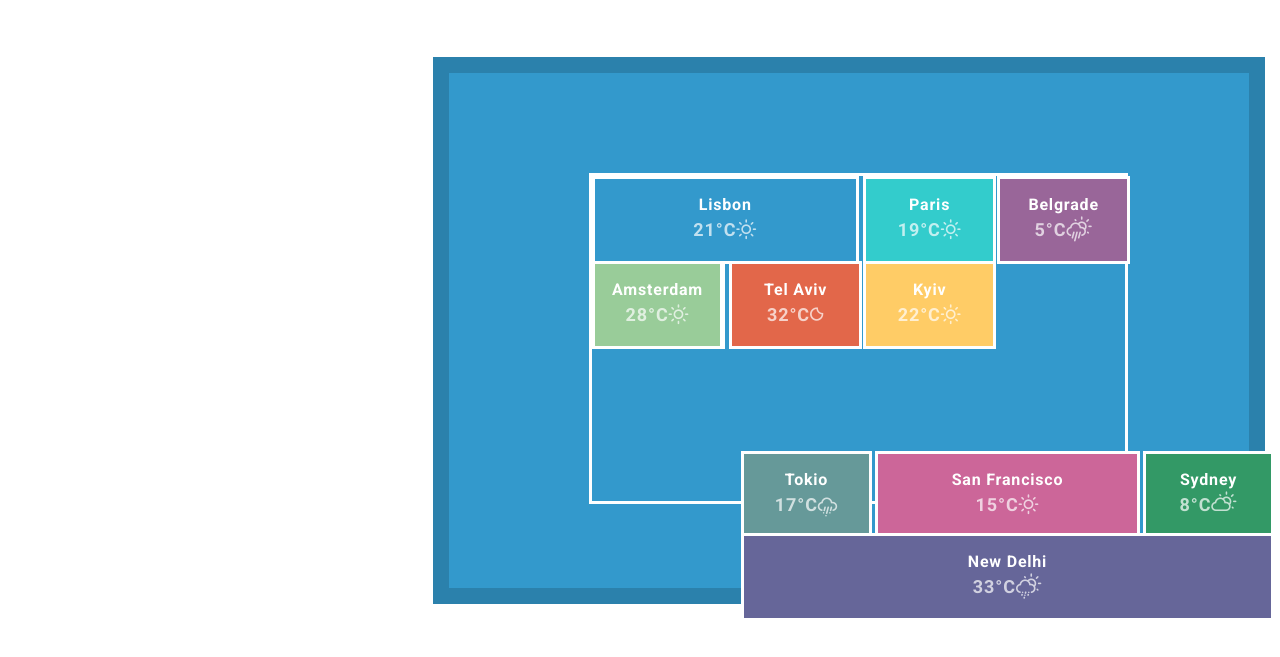
Repository: shpakovskaya/github.io
Page: boxsizing/weatherforecast/index.html
The author's editor kept a copy of each file at every save. The page is drawn from the files as they stood at one save, then again after the next save.
The browser window is 1280 px wide. The pictures show the whole page.

Above is the page before, as saved 2021-11-29 20:20:36.

After the next save:
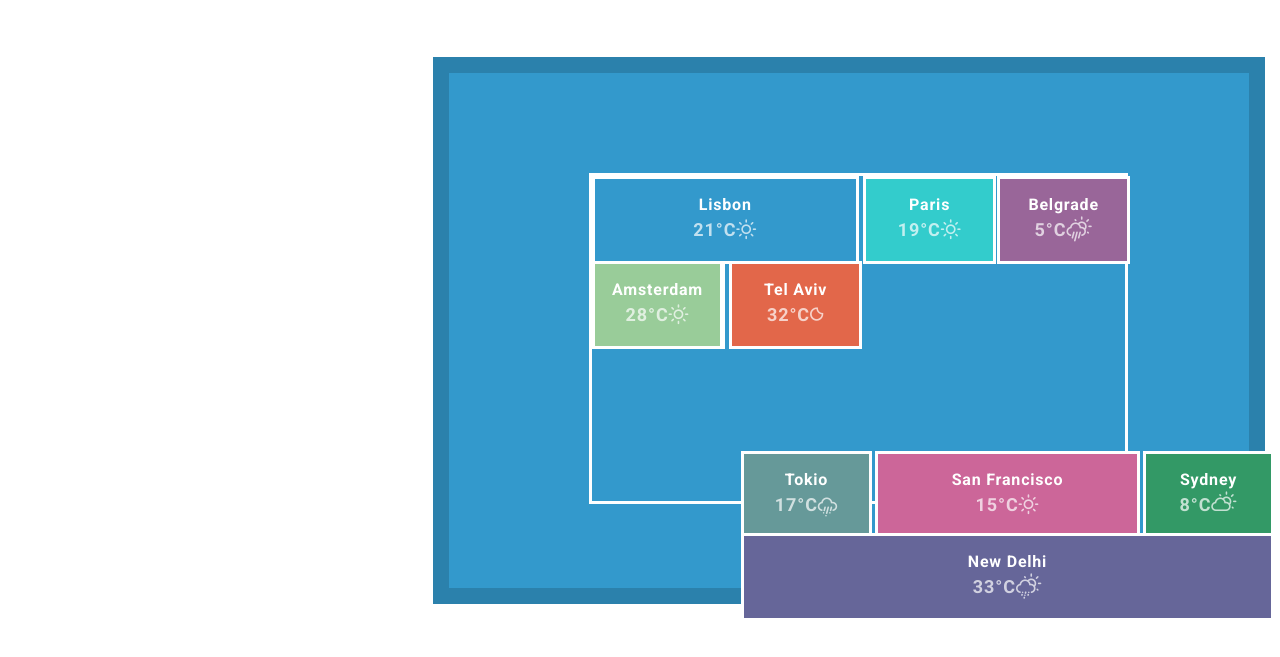
Saved 16 s later.
--- a/boxsizing/weatherforecast/style.css
+++ b/boxsizing/weatherforecast/style.css
@@ -133,7 +133,7 @@ span {
   position: absolute;
   width: 25%;
   /* height: 79px; */
-  left: 271px;
+  /* left: 271px; */
   top: 85px;
   background: #ffcc66;
   border: 3px solid #ffffff;

After the save that followed:
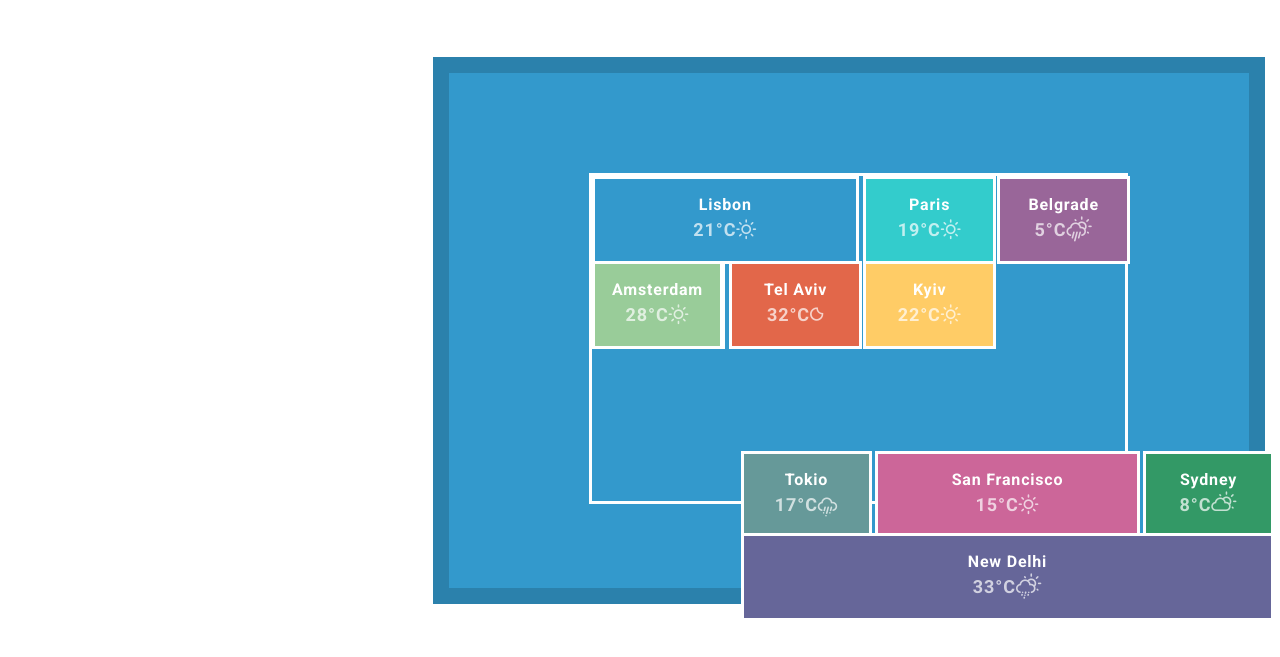
Saved 7 s later.
--- a/boxsizing/weatherforecast/style.css
+++ b/boxsizing/weatherforecast/style.css
@@ -133,7 +133,7 @@ span {
   position: absolute;
   width: 25%;
   /* height: 79px; */
-  /* left: 271px; */
+  left: 271px;
   top: 85px;
   background: #ffcc66;
   border: 3px solid #ffffff;
